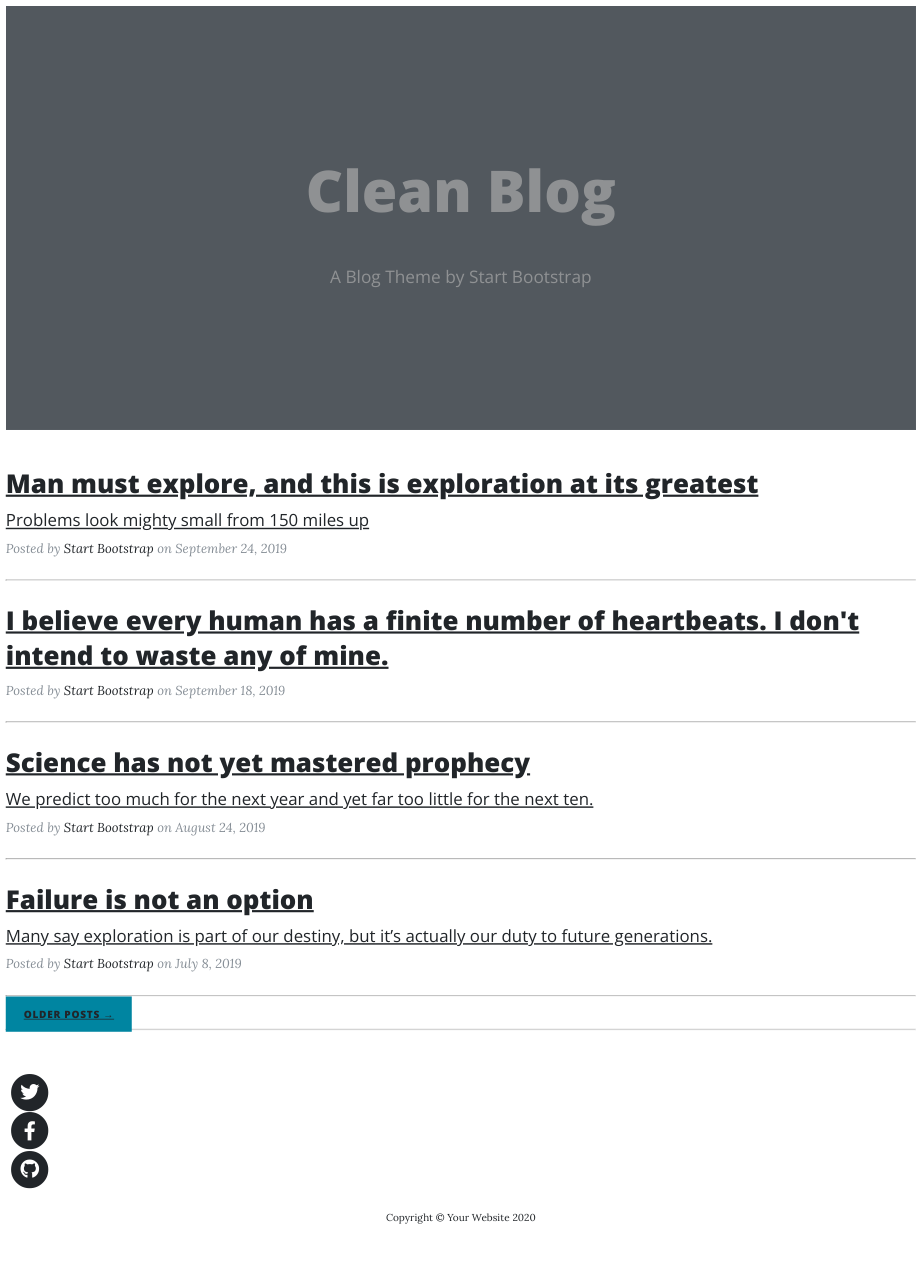
Repository: NomanMustafa/laravel-blog
Page: http://localhost/
The author's editor kept a copy of each file at every save. The page is drawn from the files as they stood at one save, then again after the next save.
The browser window is 1280 px wide. The pictures show the whole page, at 72% of full size.
The page is served by the project's Laravel application, run on PHP 8.4 with Laravel 8.

Above is the page before, as saved 2020-07-04 16:01:04.

After the next save:
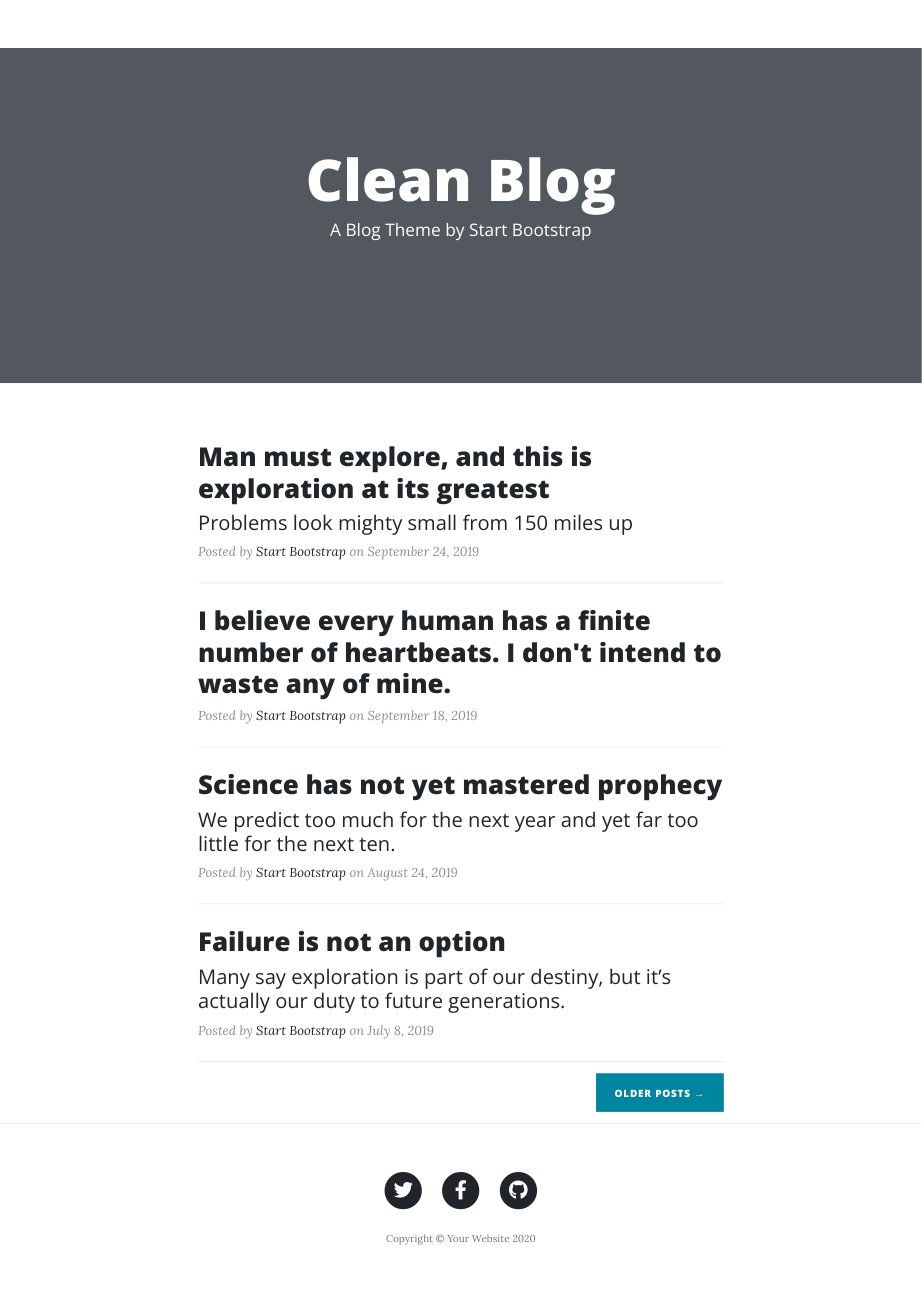
Saved 3 min 8 s later.
--- a/resources/views/welcome.blade.php
+++ b/resources/views/welcome.blade.php
@@ -11,7 +11,7 @@
   <title>Clean Blog - Start Bootstrap Theme</title>
 
   <!-- Bootstrap core CSS -->
-  <link href="vendor/bootstrap/css/bootstrap.min.css" rel="stylesheet">
+  <link href="assets/vendor/bootstrap/css/bootstrap.min.css" rel="stylesheet">
 
   <!-- Custom fonts for this template -->
   <link href="assets/vendor/fontawesome-free/css/all.min.css" rel="stylesheet" type="text/css">
